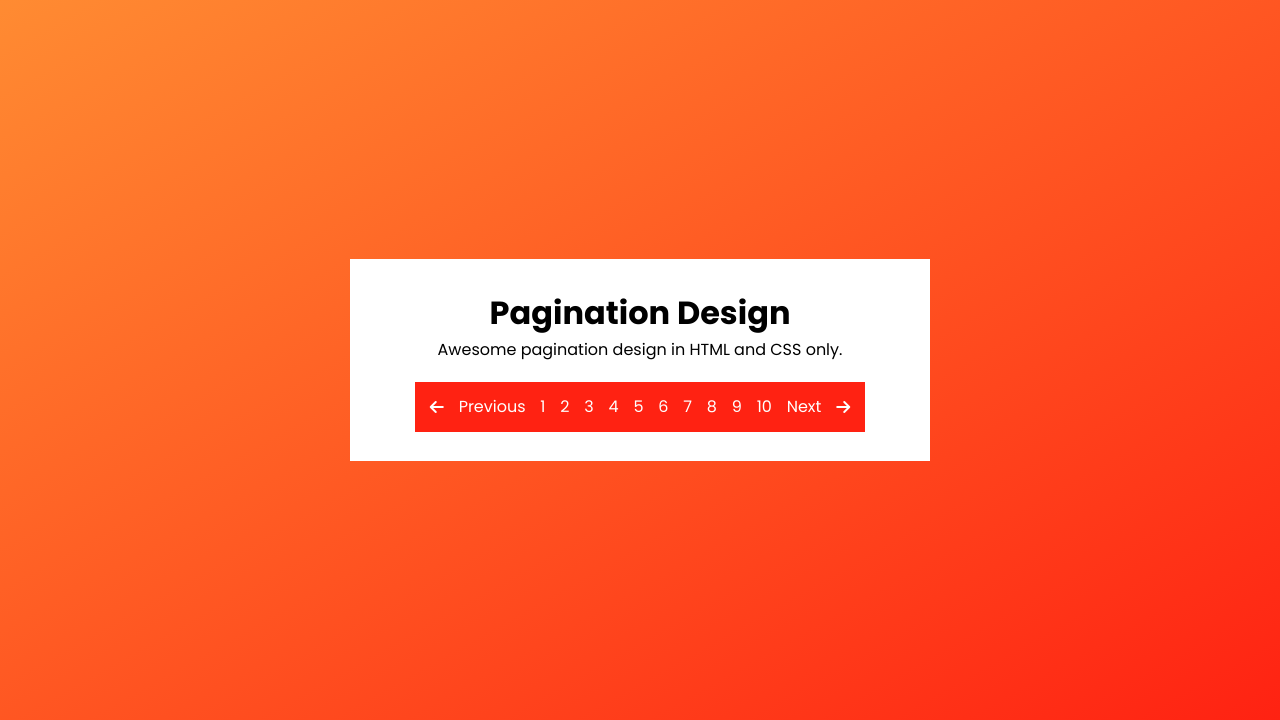
Repository: Ankitkr2021/Awesome-Pagination
Page: index.html
An editor plug-in stored every save of this project. The page is shown before and after the next save, followed by the edit.
The browser window is 1280 px wide. The pictures show the whole page.

Above is the page before, as saved 2025-10-02 09:02:58.

After the next save:
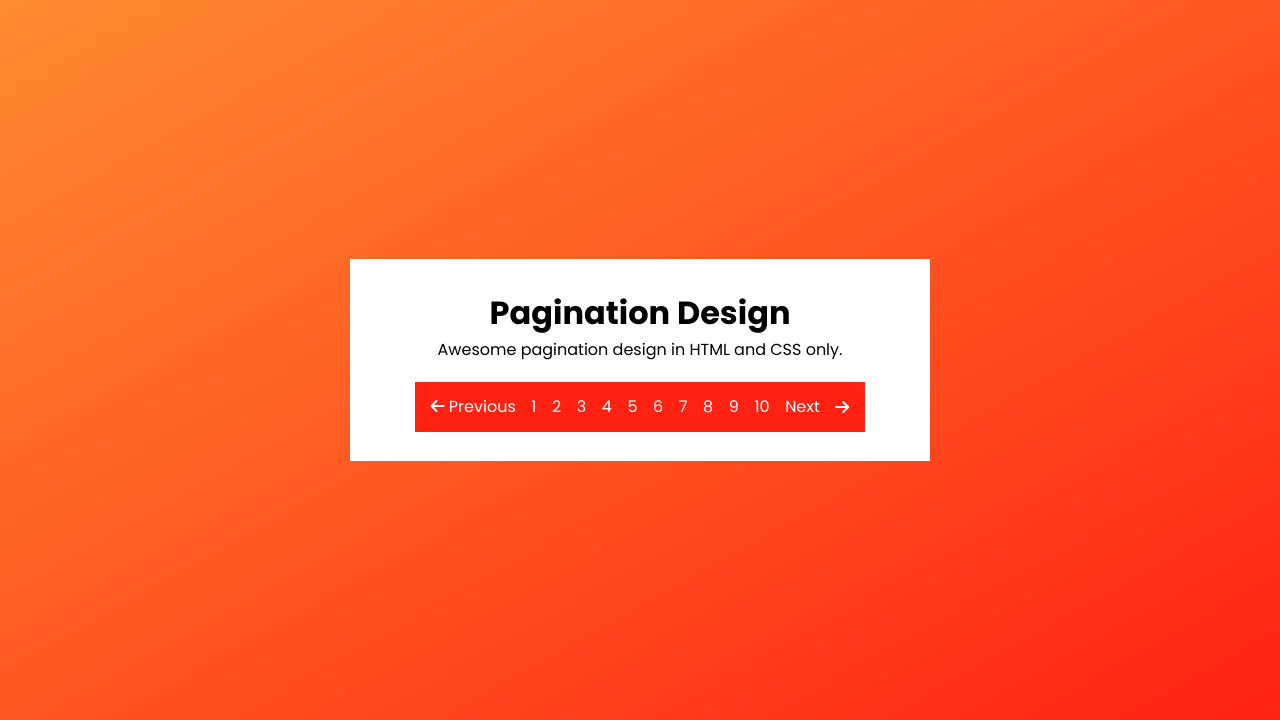
Saved 2 min 35 s later.
--- a/index.html
+++ b/index.html
@@ -12,7 +12,7 @@
         <h1>Pagination Design</h1>
         <p>Awesome pagination design in HTML and CSS only.</p>
         <div class="box">
-             <i class="fas fa-arrow-left"></i>Previous
+             <div><i class="fas fa-arrow-left"></i> Previous</div>
             <div>1</div>
             <div>2</div>
             <div>3</div>
